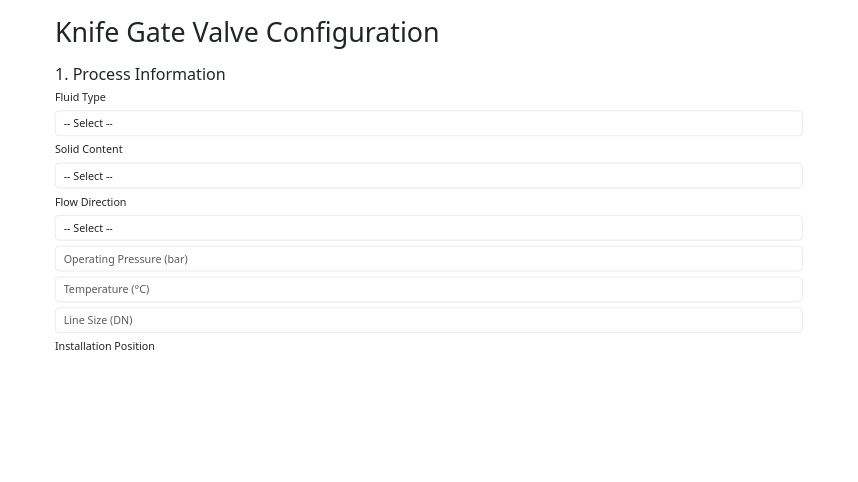
Repository: mauriciodelopez/valve_configurator
Page: http://localhost/
The author's editor kept a copy of each file at every save. The page is drawn from the files as they stood at one save, then again after the next save.
The browser window is 1280 px wide. The pictures show the whole page, at 67% of full size.
The page is served by the project's application, run on Flask 3 (app.py).

Above is the page before, as saved 2025-07-07 12:11:05.

### templates/index.html
<!DOCTYPE html>
<html lang="en">
<head>
  <meta charset="UTF-8">
  <title>Knife Gate Valve Configurator</title>
  <link href="https://cdn.jsdelivr.net/npm/bootstrap@5.3.0/dist/css/bootstrap.min.css" rel="stylesheet">
</head>
<body class="p-4">
  <div class="container">
    <h1>Knife Gate Valve Configuration</h1>
    <form method="POST" action="/generate">

      <!-- Process Information -->
      <h4 class="mt-4">1. Process Information</h4>

      <label class="form-label">Fluid Type</label>
      <select class="form-control mb-2" name="fluid" required>
        <option value="">-- Select --</option>
        <option>Water</option>
        <option>Wastewater</option>
        <option>Slurry</option>
        <option>Oil</option>
        <option>Acid</option>
        <option>Steam</option>
        <option>Gas</option>
      </select>

      <label class="form-label">Solid Content</label>
      <select class="form-control mb-2" name="solid_content">
        <option value="">-- Select --</option>
        <option>None</option>
        <option>Low (e.g. fibers)</option>
        <option>Medium (e.g. sludge)</option>
        <option>High (e.g. abrasive slurry)</option>
      </select>

      <label class="form-label">Flow Direction</label>
      <select class="form-control mb-2" name="flow_direction">
        <option value="">-- Select --</option>
        <option>Unidirectional</option>
        <option>Bidirectional</option>
      </select>

      <input class="form-control mb-2" type="number" name="pressure" placeholder="Operating Pressure (bar)" required>
      <input class="form-control mb-2" type="number" name="temperature" placeholder="Temperature (°C)" required>
      <input class="form-control mb-2" type="text" name="line_size" placeholder="Line Size (DN)">

      <label class="form-label">Installation Position</label>

### app.py
from flask import Flask, render_template, request

app = Flask(__name__)

@app.route('/')
def home():
    return render_template('index.html')

@app.route('/generate', methods=['POST'])
def generate():
    data = {
        'fluid': request.form['fluid'],
        'solid_content': request.form['solid_content'],
        'flow_direction': request.form['flow_direction'],
        'pressure': request.form['pressure'],
        'temperature': request.form['temperature'],
        'line_size': request.form['line_size'],
        'installation_position': request.form['installation_position'],
        'body_material': request.form['body_material'],
        'seat_type': request.form['seat_type'],
        'gate_material': request.form['gate_material'],
        'port_design': request.form['port_design'],
        'flange_type': request.form['flange_type'],
        'actuation_type': request.form['actuation_type'],
        'voltage': request.form.get('voltage'),
        'control_type': request.form['control_type'],
        'signal_type': request.form.get('signal_type'),
        'enclosure_rating': request.form.get('enclosure_rating'),
        'manual_override': request.form.get('manual_override'),
        'air_supply': request.form.get('air_supply'),
        'positioner': request.form.get('positioner'),
        'solenoid_valve': request.form.get('solenoid_valve'),
        'limit_switches': request.form.get('limit_switches'),
        'frl': request.form.get('frl'),
        'cycle_frequency': request.form['cycle_frequency'],
        'opening_speed': request.form['opening_speed'],
        'space': request.form['space'],
        'conditions': request.form['conditions'],
        'certifications': request.form['certifications']
    }

    result = "Custom Knife Gate Valve configuration received. Please review your inputs."

    return render_template('index.html', result=result, data=data)

if __name__ == '__main__':
    app.run(debug=True)

After the next save:
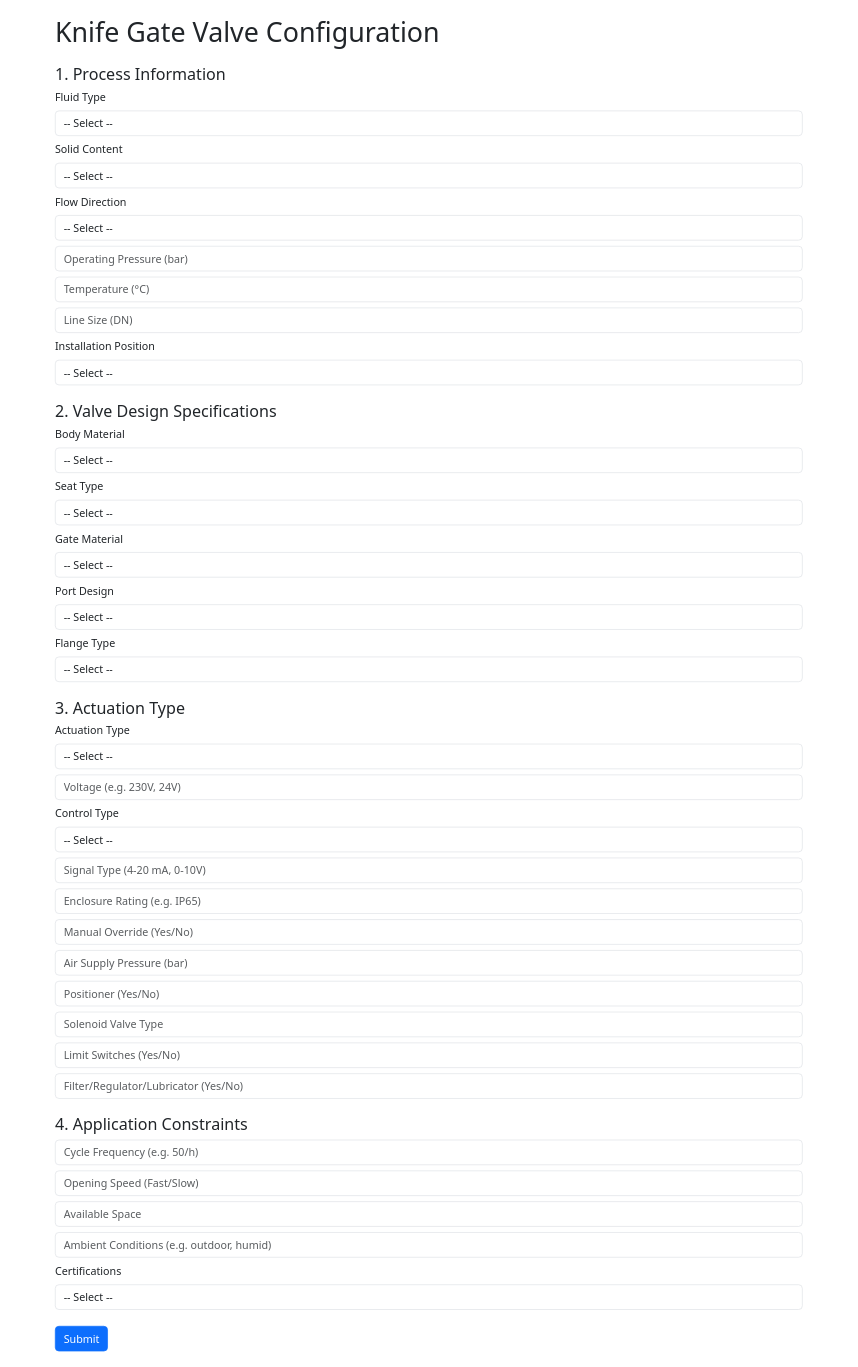
Saved 47 s later.
--- a/templates/index.html
+++ b/templates/index.html
@@ -46,3 +46,114 @@
       <input class="form-control mb-2" type="text" name="line_size" placeholder="Line Size (DN)">
 
       <label class="form-label">Installation Position</label>
+      <select class="form-control mb-2" name="installation_position">
+        <option value="">-- Select --</option>
+        <option>Horizontal</option>
+        <option>Vertical</option>
+        <option>Inclined</option>
+      </select>
+
+      <!-- Valve Design -->
+      <h4 class="mt-4">2. Valve Design Specifications</h4>
+
+      <label class="form-label">Body Material</label>
+      <select class="form-control mb-2" name="body_material">
+        <option value="">-- Select --</option>
+        <option>Cast Iron</option>
+        <option>Ductile Iron</option>
+        <option>Stainless Steel</option>
+        <option>Carbon Steel</option>
+      </select>
+
+      <label class="form-label">Seat Type</label>
+      <select class="form-control mb-2" name="seat_type">
+        <option value="">-- Select --</option>
+        <option>EPDM</option>
+        <option>NBR</option>
+        <option>PTFE</option>
+        <option>Metal</option>
+      </select>
+
+      <label class="form-label">Gate Material</label>
+      <select class="form-control mb-2" name="gate_material">
+        <option value="">-- Select --</option>
+        <option>Stainless Steel</option>
+        <option>Duplex</option>
+        <option>Hardened Steel</option>
+      </select>
+
+      <label class="form-label">Port Design</label>
+      <select class="form-control mb-2" name="port_design">
+        <option value="">-- Select --</option>
+        <option>Full Bore</option>
+        <option>Reduced Bore</option>
+      </select>
+
+      <label class="form-label">Flange Type</label>
+      <select class="form-control mb-2" name="flange_type">
+        <option value="">-- Select --</option>
+        <option>PN10</option>
+        <option>PN16</option>
+        <option>ANSI 150</option>
+        <option>Wafer</option>
+        <option>Lug</option>
+      </select>
+
+      <!-- Actuation -->
+      <h4 class="mt-4">3. Actuation Type</h4>
+
+      <label class="form-label">Actuation Type</label>
+      <select class="form-control mb-2" name="actuation_type" required>
+        <option value="">-- Select --</option>
+        <option>Electric</option>
+        <option>Pneumatic</option>
+        <option>Manual</option>
+      </select>
+
+      <input class="form-control mb-2" type="text" name="voltage" placeholder="Voltage (e.g. 230V, 24V)">
+
+      <label class="form-label">Control Type</label>
+      <select class="form-control mb-2" name="control_type">
+        <option value="">-- Select --</option>
+        <option>On/Off</option>
+        <option>Modulating</option>
+      </select>
+
+      <input class="form-control mb-2" type="text" name="signal_type" placeholder="Signal Type (4-20 mA, 0-10V)">
+      <input class="form-control mb-2" type="text" name="enclosure_rating" placeholder="Enclosure Rating (e.g. IP65)">
+      <input class="form-control mb-2" type="text" name="manual_override" placeholder="Manual Override (Yes/No)">
+      <input class="form-control mb-2" type="text" name="air_supply" placeholder="Air Supply Pressure (bar)">
+      <input class="form-control mb-2" type="text" name="positioner" placeholder="Positioner (Yes/No)">
+      <input class="form-control mb-2" type="text" name="solenoid_valve" placeholder="Solenoid Valve Type">
+      <input class="form-control mb-2" type="text" name="limit_switches" placeholder="Limit Switches (Yes/No)">
+      <input class="form-control mb-2" type="text" name="frl" placeholder="Filter/Regulator/Lubricator (Yes/No)">
+
+      <!-- Application Constraints -->
+      <h4 class="mt-4">4. Application Constraints</h4>
+      <input class="form-control mb-2" type="text" name="cycle_frequency" placeholder="Cycle Frequency (e.g. 50/h)">
+      <input class="form-control mb-2" type="text" name="opening_speed" placeholder="Opening Speed (Fast/Slow)">
+      <input class="form-control mb-2" type="text" name="space" placeholder="Available Space">
+      <input class="form-control mb-2" type="text" name="conditions" placeholder="Ambient Conditions (e.g. outdoor, humid)">
+
+      <label class="form-label">Certifications</label>
+      <select class="form-control mb-2" name="certifications">
+        <option value="">-- Select --</option>
+        <option>CE</option>
+        <option>ATEX</option>
+        <option>PED</option>
+        <option>ISO</option>
+        <option>None</option>
+      </select>
+
+      <button class="btn btn-primary mt-3" type="submit">Submit</button>
+    </form>
+
+    {% if result %}
+    <div class="alert alert-success mt-4">
+      <strong>{{ result }}</strong>
+      <pre>{{ data | tojson(indent=2) }}</pre>
+    </div>
+    {% endif %}
+  </div>
+</body>
+</html>
